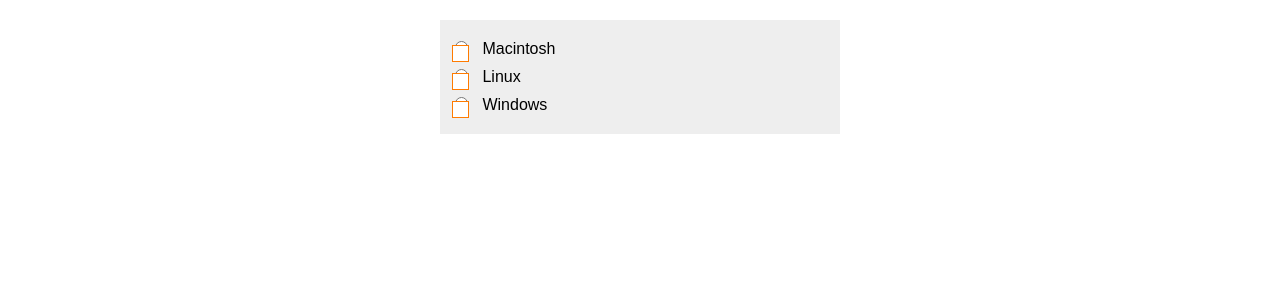
Repository: sayco/CSS-Front-End-Tutorials---Elzero
Page: 1-Customize Radio Input/index.html
The author's editor kept a copy of each file at every save. The page is drawn from the files as they stood at one save, then again after the next save.
The browser window is 1280 px wide. The pictures show the whole page.

Above is the page before, as saved 2021-06-13 12:52:23.

### 1-Customize Radio Input/index.html
<!DOCTYPE html>
<html lang="en">
<head>
    <meta charset="UTF-8">
    <meta http-equiv="X-UA-Compatible" content="IE=edge">
    <meta name="viewport" content="width=device-width, initial-scale=1.0">
    <meta name="description" content="This website to test to Customize Radio Input">
    <title>Customize Radio Input</title>
    <link rel="stylesheet" href="style.css">
</head>
<body>
    <form action="">
        <div>
            <input type="radio" name="os" id="mac">
            <label for="mac">Macintosh</label>
        </div>
        <div>
            <input type="radio" name="os" id="lin">
            <label for="lin">Linux</label>
        </div>
        <div>
            <input type="radio" name="os" id="win">
            <label for="win">Windows</label>
        </div>
    </form>

</body>
</html>

### 1-Customize Radio Input/style.css
*{
    box-sizing: border-box;
    padding: 0;
    margin: 0;;
}

body
{
    font-family: Arial, Helvetica, sans-serif;
}

form
{
    width: 400px;
    background-color: #eee;
    margin:20px auto;
    padding: 15px;
}

form > div{
    padding: 5px 0;;
}

form label
{
    position: relative;
    padding: 10px;

}

form label::before
{
    content: "";
    width: 15px;
    height: 15px;
    background-color: #fff;
    border: 1px solid rgb(255, 123, 0);
    position: absolute;
    left: -20px;
    transform: translateY(5px);
}

form label:checked
{
    color: rgb(255, 123, 0);
}

form input[type="radio"] + label
{}

form label ::after
{
    content: "";
}

After the next save:
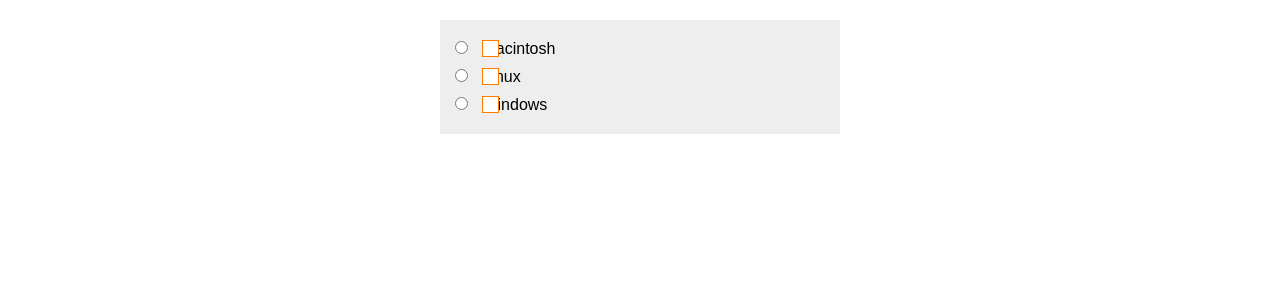
Saved 51 s later.
--- a/1-Customize Radio Input/style.css
+++ b/1-Customize Radio Input/style.css
@@ -36,8 +36,7 @@
     background-color: #fff;
     border: 1px solid rgb(255, 123, 0);
     position: absolute;
-    left: -20px;
-    transform: translateY(5px);
+
 }
 
 form label:checked

After the save that followed:
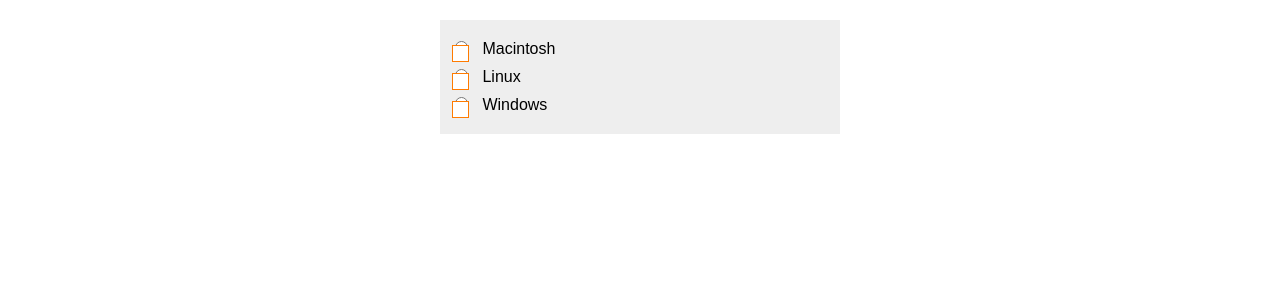
Saved 11 s later.
--- a/1-Customize Radio Input/style.css
+++ b/1-Customize Radio Input/style.css
@@ -36,7 +36,8 @@
     background-color: #fff;
     border: 1px solid rgb(255, 123, 0);
     position: absolute;
-
+    left: -20px;
+    transform: translateY(5px);
 }
 
 form label:checked
